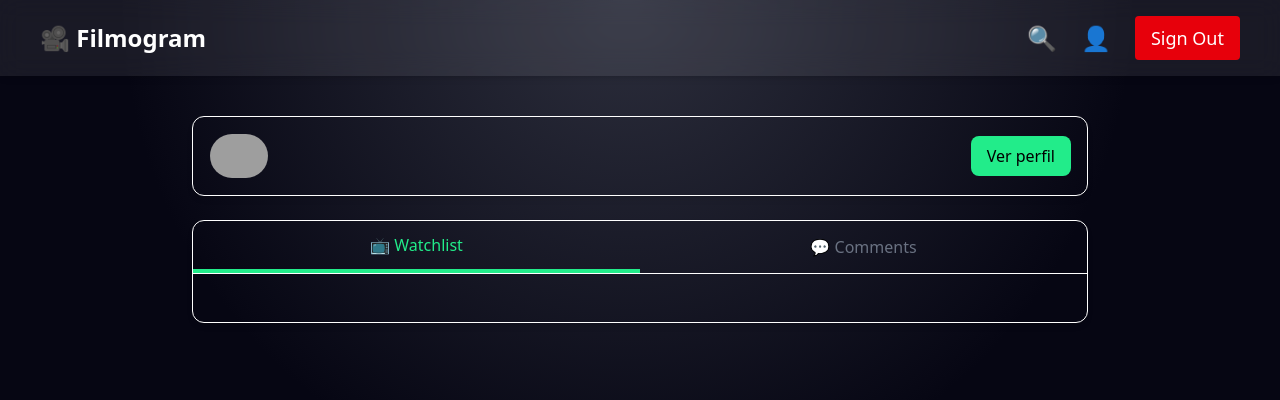
Repository: Leoonard1507/proyecto-final
Page: /client-profile
These files come from the project's save history. The page is drawn as it stood at one moment and after the next save; the edit follows.
The browser window is 1280 px wide. The pictures show the whole page.
Pictures or frames that could not be fetched are drawn as grey boxes. The page's requests for data from a server got no answer. The project was rebuilt for these pictures with package versions that can differ from the ones it lists, and the page was loaded fresh each time. The framework's server and built-in components were replaced by stand-ins that run in the browser. No one was signed in, and anything a server would have sent is missing. Also part of the build but not shown: next.config.ts, src/app/components/profileSections/userWatchlist.tsx, src/app/components/profileSections/userComments.tsx, src/libs/axios.ts, src/app/components/profileSections/searchFavsEdit.tsx, src/app/components/profileSections/addFavoritesModal.tsx, src/app/components/profileSections/FavMoviesList.tsx.

Above is the page before, as saved 2025-05-26 11:22:59.

### src/app/layout.tsx
// app/layout.tsx
"use client";

import { SessionProvider } from "next-auth/react";
import "../styles/globals.css";
import { ToastContainer } from 'react-toastify';
import 'react-toastify/dist/ReactToastify.css';


export default function RootLayout({ children }: { children: React.ReactNode }) {
  return (
    <html lang="es">
      <head>
        <title>Filmogram</title>
        <meta name="description" content="Gestiona tu perfil en El Santuario." />
      </head>
      <body className="flex flex-col text-white antialiased">
        {/* Fondo con contenedor dedicado */}
        <div className="min-h-screen w-full bg-radial-pattern">
          <SessionProvider>{children}</SessionProvider>
        </div>
        <ToastContainer />
      </body>
    </html>
  );
}

### src/app/client-profile/page.tsx
"use client";

import { useState, useEffect } from "react";
import { useSession } from "next-auth/react";
import Image from "next/image";
import Navbar from "@/app/components/Navbar";
import { toast } from "react-toastify";
import Watchlist from "../components/profileSections/userWatchlist";
import Comments from "../components/profileSections/userComments";
import FavoriteMoviesSection from "../components/profileSections/addFavoritesModal"; //para elegir favs
import FavoriteMoviesList from "../components/profileSections/FavMoviesList"; //para mostrar las favs en el perfil

export default function ProfilePage() {
  const { data: session } = useSession();
  const [name, setName] = useState("");
  const [nickname, setNickname] = useState("");
  const [usermail, setUsermail] = useState("");
  const [role, setRole] = useState("");
  const [birthdate, setBirthdate] = useState("");
  const [loading, setLoading] = useState(false);
  const [isModalOpen, setIsModalOpen] = useState(false);
  const [description, setDescription] = useState("");
  const [avatar, setAvatar] = useState("");
  const [userId, setUserId] = useState("");
  const [showDetails, setShowDetails] = useState(false);
  const [isPasswordModalOpen, setIsPasswordModalOpen] = useState(false);
  const [currentPassword, setCurrentPassword] = useState("");
  const [newPassword, setNewPassword] = useState("");
  const [repeatPassword, setRepeatPassword] = useState("");
  const [activeTab, setActiveTab] = useState('watchlist');
  //const [favoriteMovies, setFavoriteMovies] = useState<any[]>([]);


  useEffect(() => {
    if (session?.user?.id) {
      setUserId(session.user.id);
      fetchUserData(session.user.id);
    }
  }, [session]);

  const fetchUserData = async (userId: string) => {
    try {
      const res = await fetch(`/api/user/${userId}`);
      if (!res.ok) throw new Error("No se pudo obtener el usuario");
      const user = await res.json();

      setName(user.name || "");
      setUsermail(user.email || "");
      setRole(user.role || "");
      setBirthdate(user.birthdate || "");
      setNickname(user.nickName || "");
      setDescription(user.description || "");
      setAvatar(user.avatar || `https://api.dicebear.com/7.x/bottts/png?seed=${user.id}`);

      //setFavoriteMovies(user.favorites || []);

    } catch (error) {
      console.error("Error al cargar datos del usuario:", error);
    }
  };

  const updateUserProfile = async () => {
    setLoading(true);
    const dataToSend = {
      nickname,
      name,
      email: usermail,
      role,
      description,
      birthdate,
      avatar,
      currentPassword,
      newPassword,
      //favorites: favoriteMovies,
    };

    const response = await fetch("/api/user/update", {
      method: "POST",
      headers: { "Content-Type": "application/json" },
      body: JSON.stringify(dataToSend),
    });

    if (!response.ok) {
      const errorData = await response.json();
      console.error("Error en la respuesta:", errorData);
      throw new Error("Error al actualizar el perfil");
    }

    const responseData = await response.json();
    toast(responseData.message);

    setIsModalOpen(false);
    await fetchUserData(userId);
    setLoading(false);
  };

  const handleSubmit = (e: React.FormEvent) => {
    e.preventDefault();
    updateUserProfile();
  };

  return (
    <div className="min-h-screen text-white">
      {/* Navbar */}
      <Navbar />
      {/* Contenedor de perfil */}

      <div className="max-w-4xl mx-auto mt-10 space-y-6">
        {/* Perfil compacto */}
        <div className="flex items-center justify-between border rounded-xl shadow-md p-4">
          <div className="flex items-center space-x-4">
            <Image
              src={avatar || 'https://api.dicebear.com/7.x/bottts/png?seed=default'}
              alt="Avatar"
              width={60}
              height={60}
              className="rounded-full border"
            />
            <span className="text-xl font-semibold">{nickname}</span>
          </div>
          <button
            onClick={() => setShowDetails(prev => !prev)}
            className="bg-[#22ec8a] text-black px-4 py-2 rounded-lg hover:opacity-70 transition"
          >
            {showDetails ? 'Ocultar perfil' : 'Ver perfil'}
          </button>
        </div>

        {/* Perfil detallado */}
        {showDetails && (
          <div className="border rounded-xl shadow-inner p-6 space-y-6">
            <div className="grid grid-cols-1 sm:grid-cols-2 gap-4">
              <ProfileField label="Nombre completo" value={name} />
              <ProfileField label="Correo" value={usermail} />
              <ProfileField label="Fecha de nacimiento" value={birthdate} />
              <ProfileField label="Rol" value={role} />
              <div className="sm:col-span-2">
                <ProfileField label="Descripción" value={description} />
              </div>
            </div>
            <div className="flex space-x-4">
              <button
                type="button"
                disabled={loading}
                onClick={() => setIsModalOpen(true)}
                className="bg-[#22ec8a] text-black px-4 py-2 rounded-md hover:opacity-70 transition"
              >
                Editar perfil
              </button>
              <button
                type="button"
                disabled={loading}
                onClick={() => setIsPasswordModalOpen(true)}
                className="bg-gray-200 text-gray-800 px-4 py-2 rounded-md hover:bg-gray-300 transition"
              >
                Cambiar contraseña
              </button>
            </div>
          </div>
        )}
        {/* Mostrar las favoritas */}
        {userId && (
          <div className="border rounded-xl shadow-md p-6 mt-6">
            <FavoriteMoviesList userId={userId} />
          </div>
        )}


        {/* Tabs para mostrar contenido */}
        <div className="border rounded-xl shadow-md">
          <div className="flex border-b">
            <button
              onClick={() => setActiveTab('watchlist')}
              className={`flex-1 py-3 text-center font-medium ${activeTab === 'watchlist' ? 'border-b-4 border-[#22ec8a] text-[#22ec8a]' : 'text-gray-500 hover:text-[#22ec8a]'}`}
            >
              📺 Watchlist
            </button>
            <button
              onClick={() => setActiveTab('comments')}
              className={`flex-1 py-3 text-center font-medium ${activeTab === 'comments' ? 'border-b-4 border-[#22ec8a] text-[#22ec8a]' : 'text-gray-500 hover:text-[#22ec8a]'}`}
            >
              💬 Comments
            </button>
          </div>
          <div className="p-6">
            {activeTab === 'watchlist' && userId && <Watchlist userId={userId} />}
            {activeTab === 'comments' && userId && <Comments userId={userId} />}
          </div>
        </div>
      </div>
      {/* Modal cambiar contraseña */}
      {isPasswordModalOpen && (
        <div className="fixed inset-0 bg-black bg-opacity-40 flex justify-center items-center z-50">
          <div className="bg-white text-black p-8 rounded-lg max-w-md w-full relative shadow-lg">
            <button
              onClick={() => setIsPasswordModalOpen(false)}
              className="absolute top-3 right-3 text-gray-600 hover:text-gray-800 text-xl"
            >
              ✖
            </button>

            <h2 className="text-2xl font-bold mb-5">Change Password</h2>

            <form
              onSubmit={async (e) => {
                e.preventDefault();
                if (newPassword !== repeatPassword) {
                  alert("Las contraseñas nuevas no coinciden.");
                  return;
                }

                try {
                  await updateUserProfile();
                  setIsPasswordModalOpen(false);
                  setCurrentPassword("");
                  setNewPassword("");
                  setRepeatPassword("");
                } catch (err) {
                  alert(err);
                  console.error(err);
                }
              }}
              className="space-y-4"
            >
              <Input
                label="Current password"
                value={currentPassword}
                onChange={setCurrentPassword}
                type="password"
              />
              <Input
                label="New password"
                value={newPassword}
                onChange={setNewPassword}
                type="password"
              />
              <Input
                label="Repeat new password"
                value={repeatPassword}
                onChange={setRepeatPassword}
                type="password"
              />

              <button
                type="submit"
                className="bg-blue-600 text-white w-full p-2 rounded-lg hover:bg-blue-700 transition"
              >
                Save New Password
              </button>
            </form>
          </div>
        </div>
      )}


      {/* Modal editar perfil */}
      {isModalOpen && (
        <div className="fixed inset-0 bg-black bg-opacity-40 flex justify-center items-center z-50">
          <div className="bg-white text-black p-6 rounded-lg max-w-xl w-full relative shadow-lg space-y-4">
            <button
              onClick={() => setIsModalOpen(false)}
              className="absolute top-3 right-3 text-gray-600 hover:text-gray-800 text-xl"
            >
              ✖
            </button>

            <h2 className="text-2xl font-bold">Editar perfil</h2>

            <form onSubmit={handleSubmit} className="space-y-4">
              <div>
                <label className="block font-medium mb-1">Avatar</label>
                <div className="flex space-x-3">
                  {['cat', 'robot', 'alien', 'monster', 'Sawyer'].map((type) => {
                    const url = `https://api.dicebear.com/7.x/bottts/png?seed=${type}`;
                    return (
                      <Image
                        key={type}
                        src={url}
                        alt="avatar"
                        width={60}
                        height={60}
                        onClick={() => setAvatar(url)}
                        className={`cursor-pointer rounded-full border-2 ${avatar === url ? 'border-blue-600' : 'border-transparent'
                          }`}
                      />
                    );
                  })}
                </div>
              </div>

              <Input label="Nombre" value={name} onChange={setName} />
              <Input label="Apodo" value={nickname} onChange={setNickname} />
              <Input label="Fecha de nacimiento" value={birthdate} onChange={setBirthdate} />
              <Input label="Descripción" value={description} onChange={setDescription} />



              {/* la sección de películas favoritas */}
              <div>
                <h3 className="font-semibold mb-1">Favorite films</h3>
                {session?.user?.id && (
                  <FavoriteMoviesSection userId={session.user.id} />
                )}

              </div>

              <button
                type="submit"
                className="bg-blue-600 text-white w-full py-2 rounded hover:bg-blue-700 disabled:opacity-50"
                disabled={loading}
              >
                {loading ? 'Saving...' : 'Save Changes'}
              </button>
            </form>
          </div>
        </div>
      )}
    </div>
  );
}

// Componente reutilizable para mostrar campos
function ProfileField({ label, value }: { label: string; value: string }) {
  return (
    <div>
      <label className="block text-sm font-medium text-[#22ec8a] mb-1">{label}</label>
      <p className="text-white border border-gray-700 rounded p-2">{value || "—"}</p>
    </div>
  );
}

// Componente reutilizable de inputs
function Input({
  label,
  value,
  onChange,
  type = "text", // Valor por defecto
}: {
  label: string;
  value: string;
  onChange: (val: string) => void;
  type?: string; // Nuevo prop opcional
}) {
  return (
    <div>
      <label className="block text-sm font-medium mb-1">{label}</label>
      <input
        type={type}
        value={value}
        onChange={(e) => onChange(e.target.value)}
        className="w-full border border-gray-300 p-2 rounded"
      />
    </div>
  );
}

### src/styles/globals.css
@import "tailwindcss";

html, body {
  margin: 0;
  padding: 0;
  box-sizing: border-box;
}

* {
  box-sizing: inherit;
}

/* Fondo radial aplicado sólo a una clase */
.bg-radial-pattern {
  background: radial-gradient(circle at 49% 0, #2d2f3d, #070714 51%, #060613 52%);
  background-repeat: no-repeat;
  background-size: cover;
  background-attachment: fixed;
}

@layer utilities {
  .mask-fade {
    -webkit-mask-image: radial-gradient(circle, rgba(0, 0, 0, 1) 0%, rgba(0, 0, 0, 0) 100%);
    mask-image: radial-gradient(circle, rgba(0, 0, 0, 1) 0%, rgba(0, 0, 0, 0) 100%);
  }
}

/* Para movie-details */
.fade-mask-movie-details {
  -webkit-mask-image: linear-gradient(to bottom, rgba(0, 0, 0, 1) 10%, rgba(0, 0, 0, 0));
  mask-image: linear-gradient(to bottom, rgba(0, 0, 0, 1) 10%, rgba(0, 0, 0, 0));
  -webkit-mask-size: 100% 100%;
  mask-size: 100% 100%;
  -webkit-mask-repeat: no-repeat;
  mask-repeat: no-repeat;
}

.custom-scrollbar {
  scrollbar-width: thick;
  scrollbar-color: #333 #222;
  overflow-x: auto; /* Para el desplazamiento horizontal */
  overflow-y: auto;
}

.custom-scrollbar::-webkit-scrollbar {
  height: 20px;
}

.custom-scrollbar::-webkit-scrollbar-track {
  background: #222;
}

.custom-scrollbar::-webkit-scrollbar-thumb {
  background: #333;
  border-radius: 10px;
}

.custom-scrollbar::-webkit-scrollbar-thumb:hover {
  background: #6b6b6b;
}

### src/app/components/Navbar.tsx
'use client';

import Link from 'next/link';
import { useRouter } from 'next/navigation';

export default function Navbar() {
    const router = useRouter();

    const handleLogout = () => {
        // Aquí podrías limpiar cookies, localStorage, o llamar a un endpoint
        // Por ahora simulamos cierre de sesión redirigiendo al login
        // localStorage.removeItem('token'); (si lo usas)
        router.push('/');
    };

    return (
        <nav className="sticky top-0 z-50 text-white px-10 py-4 flex justify-between items-center shadow-md bg-white/8 backdrop-blur-md">
            <div className="text-2xl font-bold">
                <Link href="/home-page">🎥 Filmogram</Link>
            </div>
            <ul className="flex space-x-6 items-center text-lg">
                <li>
                    <Link href="/search" className="hover:text-red-400 transition text-2xl">🔍</Link>
                </li>
                <li>
                    <Link href="/client-profile" className="hover:text-red-400 transition text-2xl">👤</Link>
                </li>
                <li>
                    <button
                        onClick={handleLogout}
                        className="bg-red-600 px-4 py-2 rounded hover:bg-red-700 transition"
                    >
                        Sign Out
                    </button>
                </li>
            </ul>
        </nav>
    );
}

After the next save:
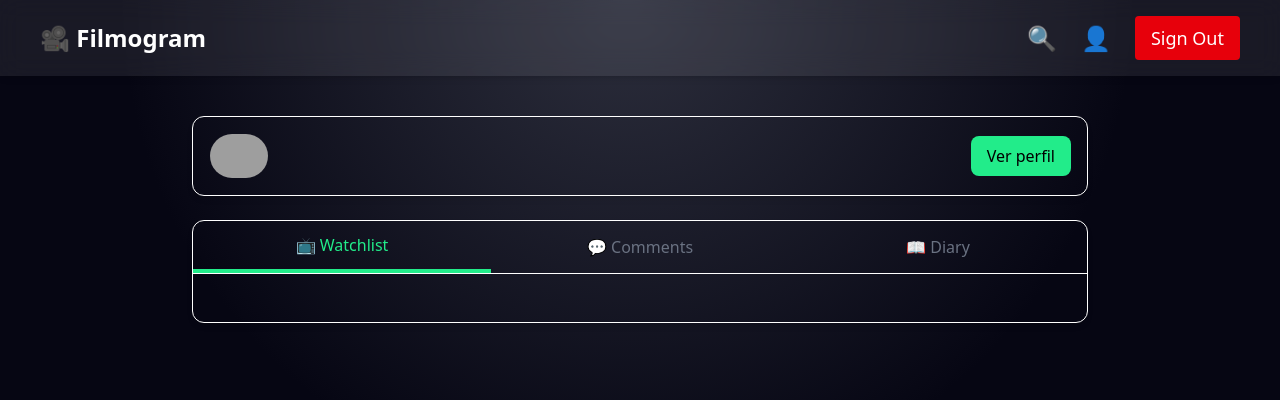
Saved 6 min 2 s later.
--- a/src/app/client-profile/page.tsx
+++ b/src/app/client-profile/page.tsx
@@ -181,6 +181,12 @@ export default function ProfilePage() {
             >
               💬 Comments
             </button>
+            <button
+              onClick={() => setActiveTab('comments')}
+              className={`flex-1 py-3 text-center font-medium ${activeTab === 'comments' ? 'border-b-4 border-[#22ec8a] text-[#22ec8a]' : 'text-gray-500 hover:text-[#22ec8a]'}`}
+            >
+              📖 Diary
+            </button>
           </div>
           <div className="p-6">
             {activeTab === 'watchlist' && userId && <Watchlist userId={userId} />}
